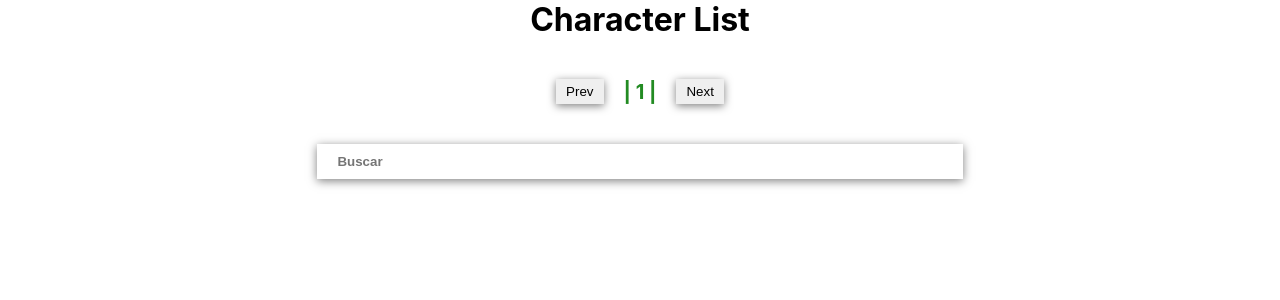
Repository: DanielVegaf/rick-and-morty-api
Page: /
The author's editor kept a copy of each file at every save. The page is drawn from the files as they stood at one save, then again after the next save.
The browser window is 1280 px wide. The pictures show the whole page.
The page's requests for data from a server got no answer. The project was rebuilt for these pictures with package versions that can differ from the ones it lists, and the page was loaded fresh each time. No one was signed in, and anything a server would have sent is missing. Also part of the build but not shown: vite.config.js, src/components/characterDetails/CharacterDetails.jsx.

Above is the page before, as saved 2022-07-11 12:13:51.

### src/App.jsx
import { Routes, Route } from 'react-router-dom';

import './App.css'
import { CharacterDetails } from './components/characterDetails/CharacterDetails';
import { CharactersList } from './components/characterList/CharactersList';


function App() {

  return (
    <div className="App">
        <Routes>
          <Route path='/' element={<CharactersList />}/>
          <Route path='/character/:characterId' element={<CharacterDetails />}/>
        </Routes>
    </div>
  )
}

export default App

### src/App.css
:root{
  --ShadowBox: 0 2px 9px rgb(0, 0, 0, 0.5);
}

*{
  margin: 0;
  padding: 0;
  box-sizing: border-box;
  text-decoration: none;
}

.App {
  display: flex;
  flex-direction: column;
  align-items: center;
  text-align: center;
}

.container{
  width: 70%;
  margin: 20px;
}

.buttons{
  display: flex;
  align-items: center;
  justify-content: center;
  padding: 20px;
}

.buttons button{
  border: none;
  margin: 0 20px;
  padding: 5px 10px;
  cursor: pointer;
  transition: transform .1s ease-in-out;
  box-shadow: var(--ShadowBox);
}
.buttons button:active {
  transform: scale(.93);
}
.page{
  color: forestgreen;
  font-weight: bold;
  font-size: 20px;
}

input{
  margin: 20px 0 40px;
  padding: 10px 20px;
  border: none;
  box-shadow: var(--ShadowBox);
  font-weight: bold;
  outline: none;
  width: 72%;
}

.gallery{
  display: flex;
  align-items: center;
  justify-content: center;
  margin: 0 0 40px;
}

.infoImage{
  width: 300px;
  height: 300px;
  overflow: hidden;
}

.infoImage img{
  width: inherit;
  height: inherit;
  transition: transform .2s ease-in-out;
}

.infoImage img:hover{
  transition: transform .2s ease-in-out;
  transform: scale(1.1);
}


.info{
  width: 300px;
  box-shadow: var(--ShadowBox);
  color: forestgreen;
  font-weight: bold;
  font-size: 24px;
  cursor: pointer;
}

.info:active{
  transform: scale(.99);
}

.infoName{
  padding: 20px;
}

/* Character Details */

.Details{
  background-color: blueviolet;
  display: flex;
  flex-direction: column;
  width: 90%;
  height: 100vh;
}

.GoHome{
  display: flex;
  align-items: center;
  justify-content: center;
  width: 60px;
  padding: 10px;
  margin: 20px 0 40px;
  box-shadow: var(--ShadowBox);
  font-weight: bold;
  cursor: pointer;
  background-color: white;
}

### src/components/characterList/CharactersList.jsx
import { useState, useEffect, useRef } from 'react';
import { Link } from 'react-router-dom';

import { getAllCharacters, searchCharacter } from '../../services/api';

export function CharactersList() {

    const inputSearch = useRef(null);
    const [character, setCharacter] = useState([])
    const [page, setPage] = useState(1)
    const [search, setSearch] = useState("")

    useEffect(() => {
        getAllCharacters(page)
            .then(setCharacter)
            .catch(console.log)
    }, [page])

    const onChangePage = (next) => {
        if (!character.previous && page + next <= 0) return;
        if (!character.next && page + next >= 42) return;

        setPage(page + next)
    }

    const onTextSearch = (event) => {
        event.preventDefault();
        const text = inputSearch.current.value;
        setSearch(text);
    }

    const onSearchSubmit = (event) => {
        if (event.key !== 'Enter') return;

        inputSearch.current.value = "";
        searchCharacter(search).then(setCharacter).catch(console.log);
    }

    return (
        <>
            <h1>Character List</h1>
            <div className="container">

                <div className="buttons">
                    <button onClick={() => onChangePage(-1)}>Prev</button>
                    <p className='page'>| {page} |</p>
                    <button onClick={() => onChangePage(1)}>Next</button>
                </div>

                <input
                    ref={inputSearch}
                    type="text"
                    onChange={onTextSearch}
                    onKeyDown={onSearchSubmit}
                    placeholder="Buscar"
                />

                {
                    character?.results?.map((char, index) => {
                        return (
                            <div
                                className='gallery'
                                key={index}
                            >
                                <Link to={`/character/${char.id}`}>
                                    <div className="info">
                                        <div className="infoImage">
                                            <img src={char.image} alt="" />
                                        </div>
                                        <div className="infoName">
                                            <p>{char.name}</p>
                                        </div>
                                    </div>
                                </Link>
                            </div>
                        )
                    })
                }
            </div>
        </>
    );
};

### src/services/api.js
const BASE_URL = "https://rickandmortyapi.com/api/character";

export async function getAllCharacters(page = 1){
    try {
        const response = await fetch(`${BASE_URL}/?page=${page}`);
        const data = await response.json();
        // console.log(data);
        return data;
    } catch (error) {
        console.log(error);
    }
}

export async function searchCharacter(name){
    try {
        const response = await fetch(`${BASE_URL}/?name=${name}`)
        const data = await response.json();
        // console.log(data);
        return data;
    } catch (error) {
        console.log(error);
    }
}


export async function getSingleCharacter(id){
    try {
        const response = await fetch(`${BASE_URL}/${id}`);
        const data = await response.json();
        // console.log(data);
        return data;
    } catch (error) {
        console.log(error);
    }
}

Loaded but not shown: index.html (common file); src/main.jsx (common file); src/index.css (common file)

After the next save:
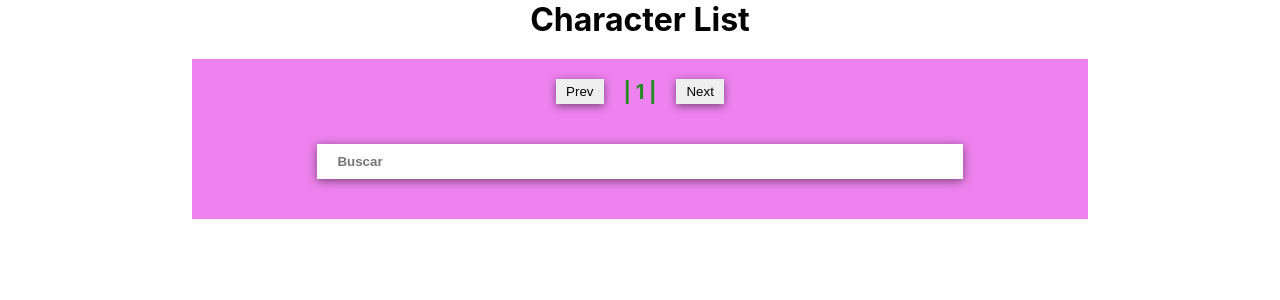
Saved 16 s later.
--- a/src/App.css
+++ b/src/App.css
@@ -19,6 +19,7 @@
 .container{
   width: 70%;
   margin: 20px;
+  background-color: violet;
 }
 
 .buttons{

After the 2 saves that followed:
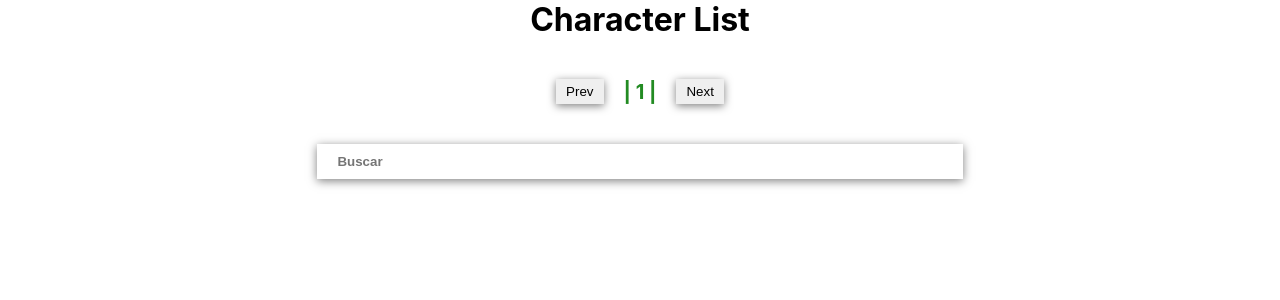
The 2 saves are shown as one change because 1 left the picture as it was.
The last was saved 27 s later.
--- a/src/App.css
+++ b/src/App.css
@@ -19,7 +19,6 @@
 .container{
   width: 70%;
   margin: 20px;
-  background-color: violet;
 }
 
 .buttons{
@@ -96,6 +95,7 @@
 
 .infoName{
   padding: 20px;
+  background-color: white;
 }
 
 /* Character Details */
